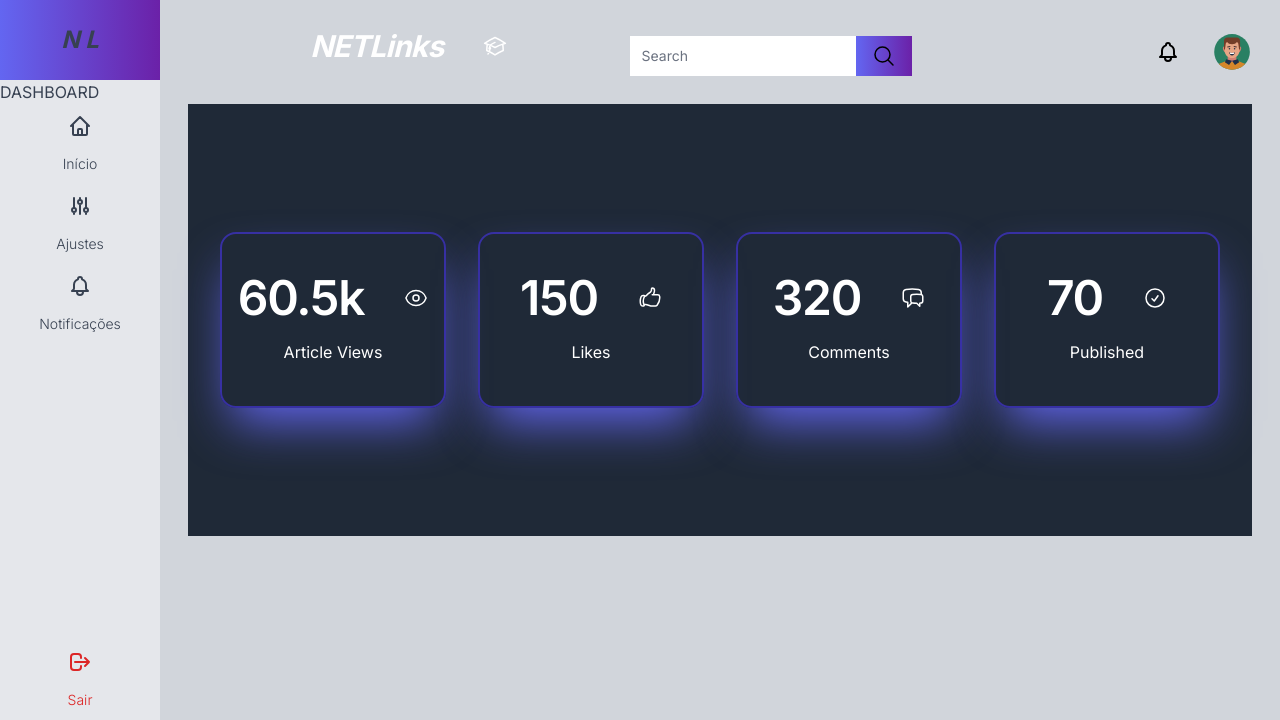
Repository: KennedyWanderson/AdminDashboard
Page: / (app in Code/admindashboard/)
The author's editor kept a copy of each file at every save. The page is drawn from the files as they stood at one save, then again after the next save.
The browser window is 1280 px wide. The pictures show the whole page.
The project was rebuilt for these pictures with package versions that can differ from the ones it lists, and the page was loaded fresh each time. The framework's server and built-in components were replaced by stand-ins that run in the browser. Also part of the build but not shown: Code/admindashboard/next.config.mjs.

Above is the page before, as saved 2024-06-26 20:07:19.

After the next save:
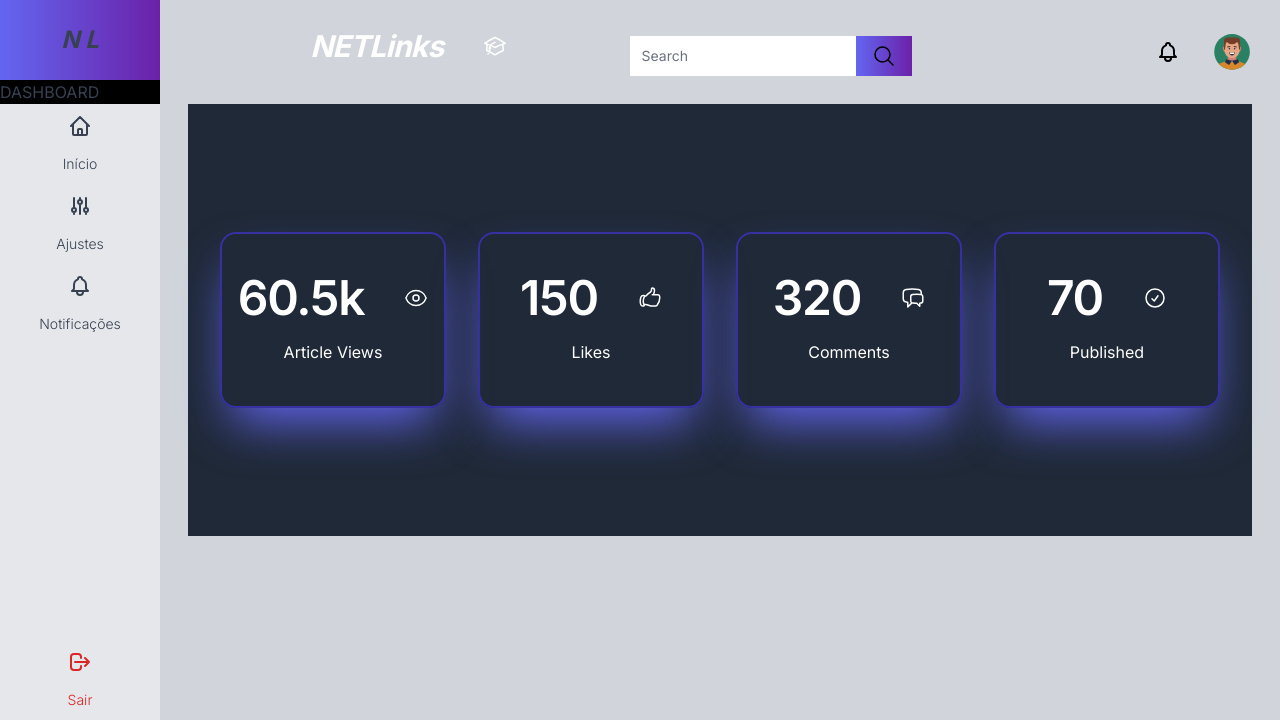
Saved 4 s later.
--- a/Code/admindashboard/src/components/LateralMenu.jsx
+++ b/Code/admindashboard/src/components/LateralMenu.jsx
@@ -17,7 +17,7 @@ export default function LateralMenu({ setActiveComponent }) {
             `}>
                 N L
             </div>
-            <div className="w-full">
+            <div className="w-full bg-black">
                 <h4>DASHBOARD</h4>
             </div>
 
